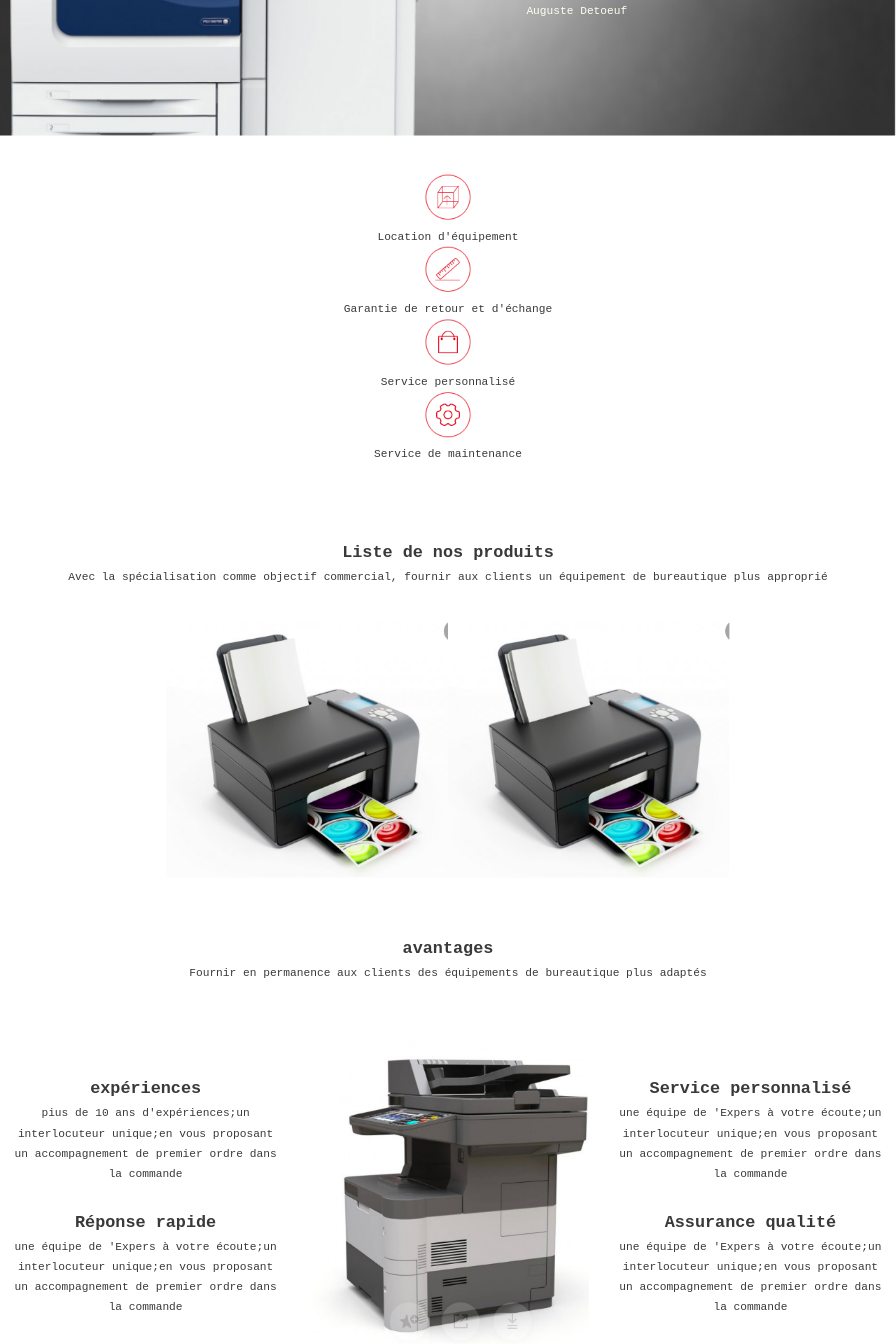
Repository: clairedupuich/sv_print
Page: index.html
The author's editor kept a copy of each file at every save. The page is drawn from the files as they stood at one save, then again after the next save.
The browser window is 1280 px wide. The pictures show the part of the page from y = 511 to 2431 px (the page is 4348 px tall before and 4244 px after), at 70% of full size.

Above is the page before, as saved 2020-12-02 22:56:00.
Console error: TypeError: Cannot read properties of null (reading 'appendChild')

### index.html
<!doctype html>
<html>
<head>
  <meta charset="utf-8">
  <meta name="viewport"
        content="width=device-width, initial-scale=1, user-scalable=no">
<title>SV Print</title>

<link href="style.css" rel="stylesheet" type="text/css">
<script src="print.js" type="text/javascript"></script>
</head>
<body>
<header id="fh5co-header">




  <div class="logo_nav"id="logo_nav">
    <img src="img/logo4.png" alt="SV Print" class="logo" />
     <div class="nav_tele">
      <div class="tel">
        <img src="img/call.png" class="margin-small-right"
        alt="" />tele graduite：0606060606</div>
    <ul class="nav nav-menu nav-inline nav-split nav-right text-big">
      <li id="liHome" class="home"> <a href="">ACCEUILLE</a></li>
      <li id="liabout-us" class="dropdown"><a href="">QUI SOMME NOUS</a></li>
      <li id="liproducts" class="dropdown"><a href="">ECOLOGIE</a></li>
      <li class="side_nav1" id="cat1"><a href="">POURQUOI NOUS</a></li>
      <li class="side_nav1" id="cat2"><a href="">CONSEILS ET ASTUCES</a></li>
    </ul>
    </div>
  </div>
</header>



    <div id="view">
      <ul id="img_list">
        <li id="slider1" class="owl-item"><img src="img/img_slider_1.png" class="img_slider" alt=""></li>
        <ul class="boutton_change">
          <a href="#slider5"><li><b> < </b></li></a>
          <a href="#slider2"><li><b> > </b></li></a>
        </ul>
        <li id="slider2" class="owl-item"><img src="img/Group 4.png" alt="" class="img_slider"></li>
        <ul class="boutton_change">
          <a href="#slider1"><li><b> < </b></li></a>
          <a href="#slider3"><li><b> > </b></li></a>
        </ul>
        <li id="slider3" class="owl-item"><img src="img/img_slider_31.png" alt="" class="img_slider"></li>
        <ul class="boutton_change">
          <a href="#slider2"><li><b> < </b></li></a>
          <a href="#slider4"><li><b> > </b></li></a>
        </ul>
        <li id="slider4" class="owl-item"><img src="img/promo.png" alt="" class="img_slider"></li>
        <ul class="boutton_change">
          <a href="#slider3"><li><b> < </b></li></a>
          <a href="#slider4"><li><b> > </b></li></a>
        </ul>
      </ul>
    </div>

<div class="blankbig"></div>
<!-- 临时图片 -->
<div class="img_big">
  <h3>Notre philosophie</h3>
  <p>"Ne vous plaignez jamais du client à caractère difficile car il est la caust de vos progrès"<br><br>Auguste Detoeuf</p>
</div>



<div id="fh5co-about-us">
  <div class="container">

				<div class="line-big">
					<div class="text-center">

							<div class="media-img"><img src="img/webdesign_1.png" alt="" /></div>
							<p class="padding-big-top">Location d'équipement</p>

					</div>
					<div class="text-center">

							<div class="media-img"><img src="img/webdesign_2.png" alt="" /></div>
							<p class="padding-big-top">
                Garantie de retour et d'échange<br /></p>

					</div>

					<div class="text-center">
						<div class="border-radius padding-large-bottom">
							<div class="media-img"><img src="img/webdesign_3.png" alt="" /></div>
							<p class="padding-big-top">Service personnalisé</p>
						</div>
					</div>
					<div class="text-center">
						<div class="border-radius padding-large-bottom">
							<div class="media-img"><img src="img/webdesign_4.png" alt="" /></div>
							<p class="padding-big-top">
                Service de maintenance</p>
						</div>
					</div>
				</div>
			</div></div>
<div class="blankbig"></div>
<div id="fh5co-content_show">
  <div class="container">
    <div class="line">
        <h2 class="full-screen-en-title">Liste de nos produits</h2>
        <p class="text-big padding-big-top">Avec la spécialisation comme objectif commercial, fournir aux clients un
          équipement de bureautique plus approprié</p>
    </div>


  <img src="img/Capture d’écran du 2020-11-30 22-51-18.png" alt="" class="produit_list">
  <div class="absolut">
    <p></p>
  </div>
  <img src="img/Capture d’écran du 2020-11-30 22-51-18.png" alt="" class="produit_list">
  <div class="absolut">
    <p></p>

</div>

<!-- 优势 -->

					<div class="avantages">
						<h2 class="full-screen-en-title"> avantages</h2>
						<p class="text-big padding-big-top">
              Fournir en permanence aux clients des équipements de bureautique plus adaptés</p>
					</div>
        <div class="avantages_contente">
          <div class="text_left">
            <div class="text1">
            <h3>expériences</h3>
            <p>pius de 10 ans d'expériences;un interlocuteur unique;en vous proposant un accompagnement de premier ordre dans la commande</p>
            </div>
            <div class="text2">
              <h3>Réponse rapide</h3>
              <p>une équipe de 'Expers à votre écoute;un interlocuteur unique;en vous proposant un accompagnement de premier ordre dans la commande</p>
            </div>
          </div>
          <div><img src="img/Capture d’écran du 2020-11-30 22-49-31.png"></div>
          <div class="text_right">
            <div class="text3">
              <h3>
                Service personnalisé</h3>
              <p>une équipe de 'Expers à votre écoute;un interlocuteur unique;en vous proposant un accompagnement de premier ordre dans la commande</p>
            </div>
            <div class="text4">
              <h3>Assurance qualité</h3>
                <p>une équipe de 'Expers à votre écoute;un interlocuteur unique;en vous proposant un accompagnement de premier ordre dans la commande</p>

            </div>
          </div>
        </div>






<!-- 客户案例 -->
						<div class="x12 text-center padding-top">
							<h2 class="full-screen-en-title">Cas client</h2>
							<p class="text-big padding-big-top margin-large-bottom">on est plus professionnel car on est assez concentré!</p>
						</div>
					<div class="client_logo">
            <img src="img/saint-louis-recouvrement.jpg.webp" alt="" class="logo_client">
            <img src="img/levis.jpg.webp" alt="" class="logo_client">
            <img src=" img/technigaz.jpg.webp" alt="" class="logo_client">
            <img src="img/xia.jpg.webp" alt="" class="logo_client">
            <img src="img/xia.jpg.webp" alt="" class="logo_client">
            <img src="img/xia.jpg.webp" alt="" class="logo_client">
          </div>





<!-- 应用领域 -->
					<div class="text-domaines">
            <h2 class="full-screen-en-title">Champ d'application</h2>
            <p>Nos clients sont dans de nombreux domaines</p>
						<img src="img/img_bottom.png" alt="">

					</div>


          <!-- 服务范围覆盖 -->

					<div class="Couverture">
						<h2 class="full-screen-en-title">Couverture de service</h2>
						<p class="text-big padding-big-top">Nous rendons services à Anzin, Valenciennes,lille et ses alentours</p>
          </div>


          <footer>
            <div class="textFooterC">
                <div class="texFooter">
                    <a href="" class="textFooterEle">Ecologiite</a>
                    <a href="" class="textFooterEle">Qui sommes-nous ? </a>
                    <a href="" class="textFooterEle">Pourquoi Nous</a>
                    <a href="" class="textFooterEle">Conseils Et Astuces</a>

                </div>
                <div class="texFooter1 icon_footer">
                  <img src="img/Vector 1.png" alt="" class="iconFooter">
                  <img src="img/Vector2.png" alt="" class="iconFooter">
                  <img src="img/Vector 3.png" alt="" class="iconFooter">
                </div>
                <div class="texFooter">
                    <a href="" class="textFooterEle">Mentions légales</a>
                    <a href="" class="textFooterEle">Conditions générales d’utilisation</a>
                    <a href="" class="textFooterEle">Conditions générales de vente</a>
                </div>
            </div>
            <a href="#logo_nav" class="return_top">^</a>
        </footer>
				</body>
</html>

### style.css
/* 主要部分 style.css */
* {
    margin: 0;
    padding: 0;
    list-style: none;
    text-decoration: none;
}

body {
    font-family: 'Courier New', Courier, monospace;
    font-size: 16px;
    line-height: 1.8;
    color: #3a3939;
    background: #FFF;
    height: 100%;

}

a:hover {
    text-decoration: none;
}


h1,
h2,
h3,
h4 {
    text-align: center;
    font-size: 1.5em;
    font-weight: bolder;
}
.logo {
    width: 12%;
    min-width: 4em;
    height: 12%;
    min-width: 4em;
}
.nav_tele {
    margin-right: 2em;
}
.tel {
    display: block;
    margin-bottom: 1.5em;
    text-align: right;
    line-height: 20px;
    color: #808080;
    font-size: 14px
}

.tel img {
    vertical-align: middle;
}

.logo_nav {
    display: flex;
    flex-direction: row;
    flex-wrap: wrap;
    align-items: center;
    margin-top: 1em;
    justify-content: space-between;
}
.logo_nav ul {
    display: flex;
    flex-direction: row;
    flex-wrap: wrap;
    align-items: center;
    justify-content: space-around;
    list-style: none;

}
.logo_nav ul li a{
    margin-left: 2em;
    text-decoration: none;
    color: rgb(24, 22, 22);
    text-align: center;
}
.logo_nav ul li:hover {
     background-color: rgb(78, 120, 135);
     background-clip: content-box;

}
/* nav 结束 */

/* slider */

.img_slider {
    width: 100%;
    height: 45em;
    position: absolute;
}
#view {
    position: relative;
    width: 100%;
    overflow: hidden;
}
#view:after {
    content: '.';
    display: block;
    clear: both;
    height: 0;
    visibility: hidden;
  }
  #img_list {
    position: absolute;
    width: 100%;
  }
  #img_list li {
    float: left;
     width: 100%;
    height:46em;
  }
.blankbig {
    clear: both;
}


.boutton_change {
    display: flex;
    flex-direction: row;
    justify-content: space-around;
    cursor: pointer;
    padding: 2em 46% 0;
  }
  .boutton_change a {
    color: #000000;
    text-decoration: none;
  }
  .boutton_change a li {
    list-style: none;
  }

.container {
    display: flex;
    flex-direction: row;
    flex-wrap: wrap;
    align-items: center;
    justify-content: center;
    margin: 3.5em auto;
    text-align: center;
}
/* image replace */
.img_big {
    background-image: url(img/img_slider_31.png);
    background-position: center;
    background-repeat: no-repeat;
    background-size: cover;
    height: 19em;
    padding: 12em 2em 4em 30em;
    color: ivory;
}
.img_big p {
    padding-left: 17em;
    margin-top: 3em;
}
/* list de produit */
.line {
    margin: 3em auto;
}
/* 优势 */
.avantages {
    text-align: center;
    margin: 5em 3em;
}
.avantages_contente {
    display: flex;
    flex-direction: row;
    flex-wrap: wrap;
    align-items: center;
    justify-content: space-between;
    margin-bottom: 4em;
}
.text_left,
.text_right {
    width: 30%;
    min-width: 20em;
    text-align: center;
    margin: 0 1em;
}
.text1,
.text3 {
    margin-bottom: 2em;
}

/* 客户案例 */
.logo_client {
    margin: 2.5em;
    width: 19%;
}

/* 应用领域 */
.text-domaines {
    text-align: center;
    width: 100%;
    margin: 3em auto;
}
.text-domaines img {
    width: 100%;
    margin-top: 4em;
}
.Couverture {
    text-align: center;
    width: 100%;
}

/* footer commence */
footer {

    color: snow;
    margin-top: 8em;
    width: 100%;
    background-color: #031322;
    margin-bottom: 0;
}
.textFooterC {
    display: flex;
    flex-direction: row;
    flex-wrap: wrap;
    justify-content: space-around;
    padding-top: 3em;
    padding-bottom: 3em;
}
.texFooter {
    display: flex;
    flex-direction: column;
    line-height: 1.7em;

}

.textFooterEle {
    text-decoration: none;
    list-style: none;
    color: snow;
}
.iconsFooter {
    background-color: #0F4C81;
    text-align: center;
}
.iconFooter{
   padding: 0.9em;
}
.return_top {
    font-size: 3em;
    font-weight: bold;
    color: blanchedalmond;
    text-align: right;
    padding-bottom: 2em;
    margin-right: 2em;
    margin-bottom: -3em;
}

### print.js
/* for the slider */
var img_list = document.getElementById('img_list');
setInterval(function () {
    img_list.appendChild(img_list.firstChild);
}, 2500)

After the next save:
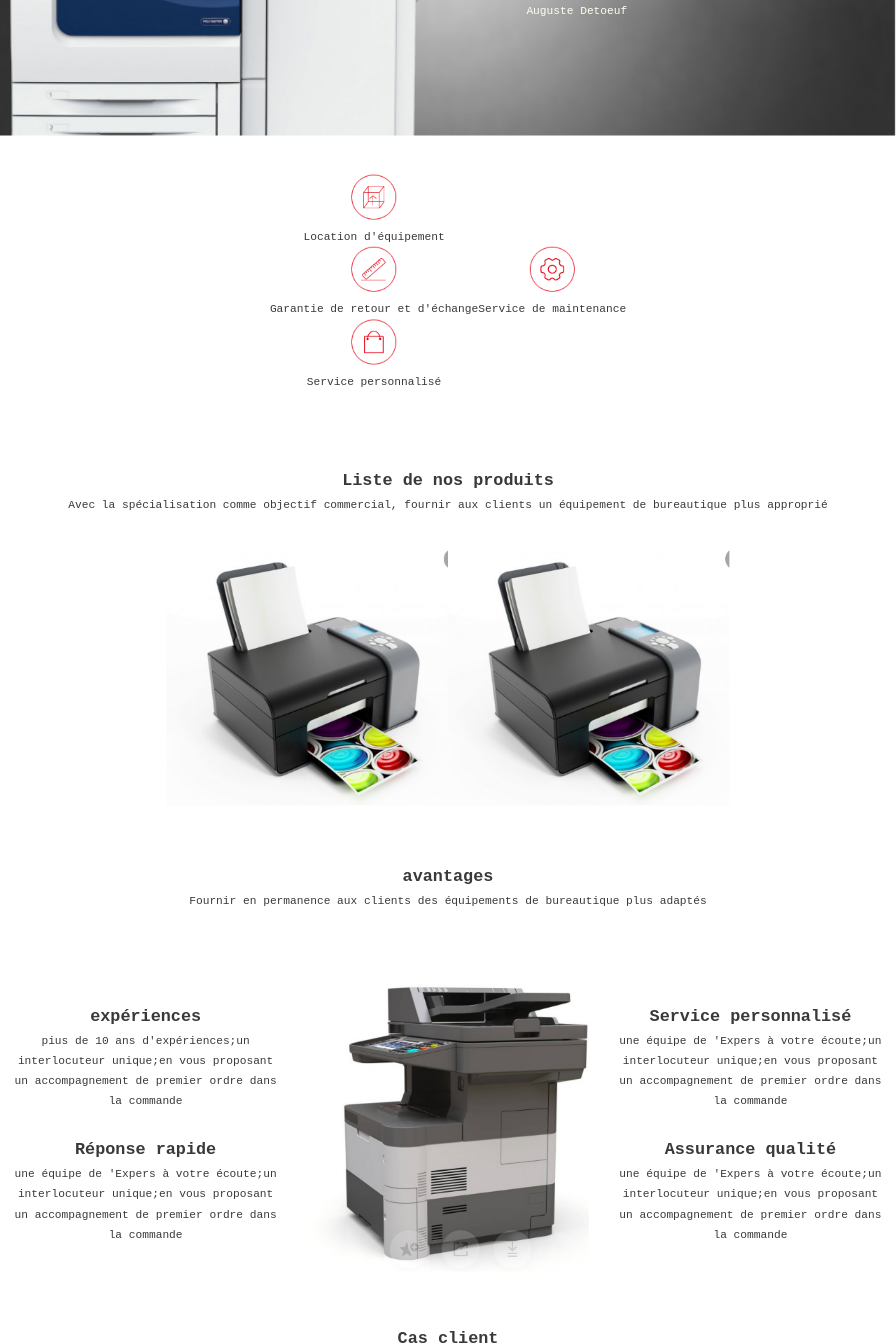
Saved 16 s later.
--- a/index.html
+++ b/index.html
@@ -87,13 +87,13 @@
 					</div>
 
 					<div class="text-center">
-						<div class="border-radius padding-large-bottom">
+
 							<div class="media-img"><img src="img/webdesign_3.png" alt="" /></div>
 							<p class="padding-big-top">Service personnalisé</p>
 						</div>
 					</div>
 					<div class="text-center">
-						<div class="border-radius padding-large-bottom">
+
 							<div class="media-img"><img src="img/webdesign_4.png" alt="" /></div>
 							<p class="padding-big-top">
                 Service de maintenance</p>

After the 2 saves that followed:
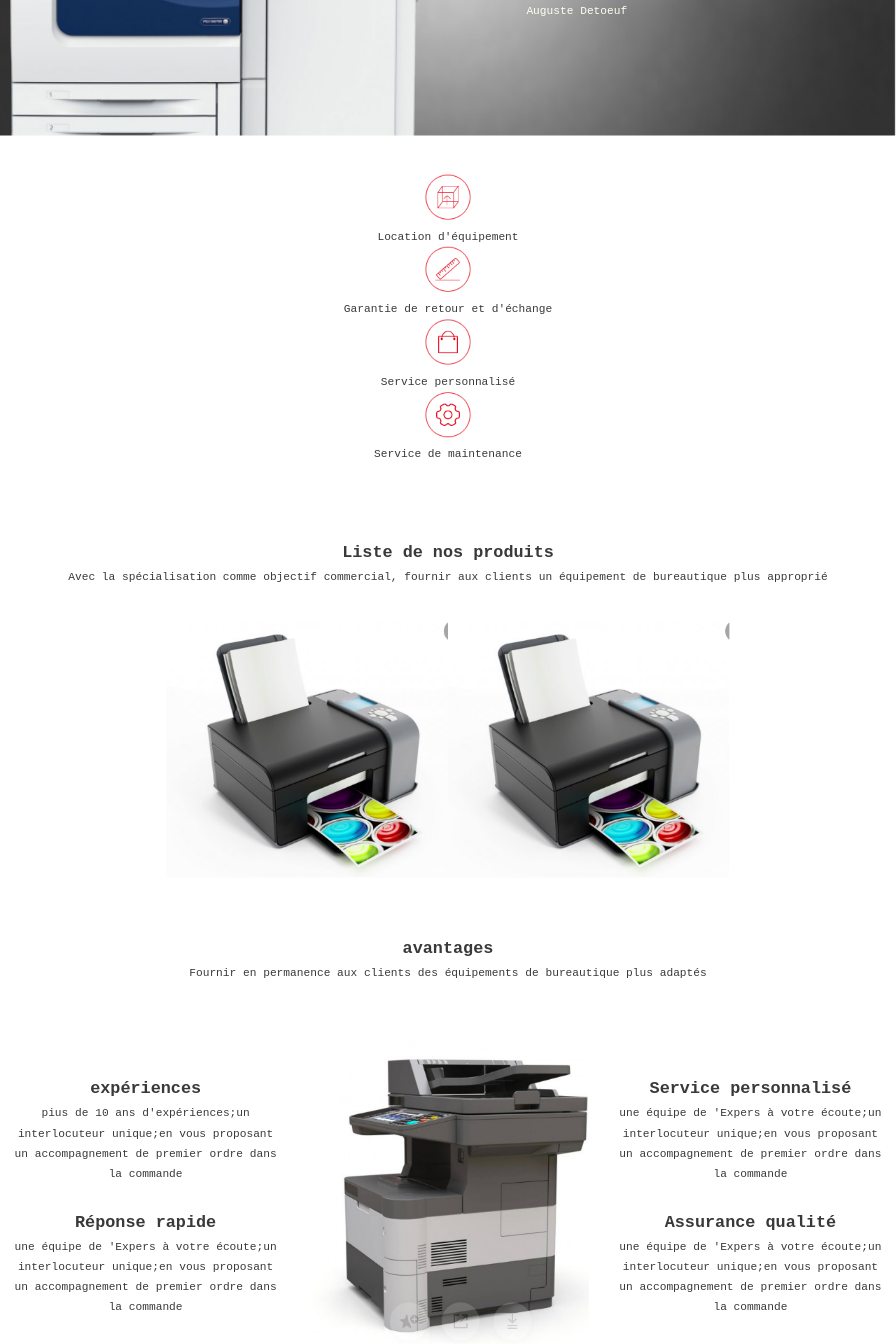
The 2 saves are shown as one change because 1 left the picture as it was.
The last was saved 15 s later.
--- a/index.html
+++ b/index.html
@@ -87,10 +87,9 @@
 					</div>
 
 					<div class="text-center">
-
 							<div class="media-img"><img src="img/webdesign_3.png" alt="" /></div>
 							<p class="padding-big-top">Service personnalisé</p>
-						</div>
+
 					</div>
 					<div class="text-center">
 
